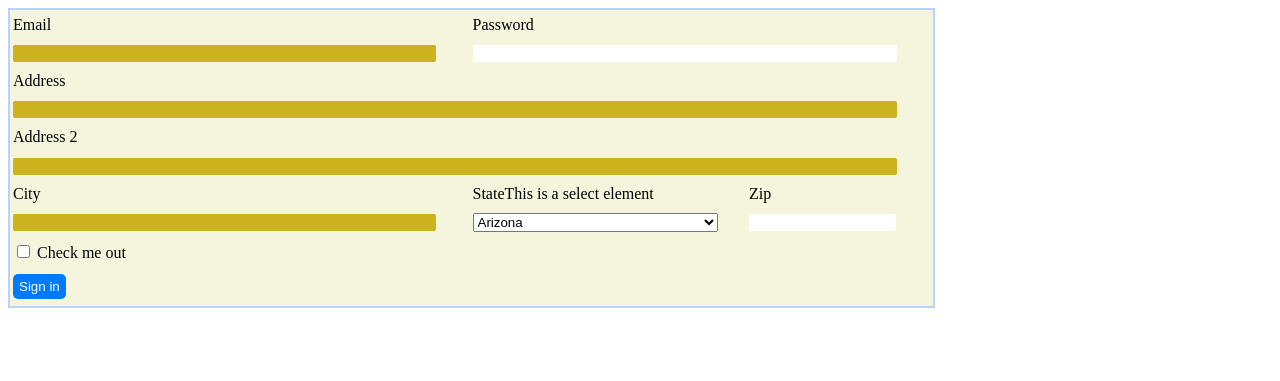
Repository: LongNguyen2504/T3H-FrondEnd
Page: Lesson2_CSS_HomeWork1.html
The author's editor kept a copy of each file at every save. The page is drawn from the files as they stood at one save, then again after the next save.
The browser window is 1280 px wide. The pictures show the whole page.

Above is the page before, as saved 2021-11-29 20:38:17.

### Lesson2_CSS_HomeWork1.html
<!DOCTYPE html>
<html lang="en">
<head>
    <meta charset="UTF-8">
    <meta http-equiv="X-UA-Compatible" content="IE=edge">
    <meta name="viewport" content="width=device-width, initial-scale=1.0">
    <title>Document</title>
    <link rel="stylesheet" href="Lesson2_CSS_HomeWork1.css">
</head>
<body>
    <form>
       <div>
        <table>
            <tr>
                <td colspan="1" ><label for="email">Email</label> </td>
                <td colspan="2" ><label for="password">Password</label></td>
            </tr>
            <tr>
                <td colspan="1" class="td-email"><input type="text" name="email" id="input-email"></td>
                <td colspan="2" class="td-password"><input type="password" name="password" id="input-password"></td>
            </tr>
            <tr>
                <td colspan="3">
                    <label for="address1">Address</label>
                </td>
            </tr>
            <tr>
                <td colspan="3">
                    <input type="text" name="address1" id="address1" class="address1">
                </td>
            </tr>
            <tr>
                <td colspan="3">
                    <label for="address2">Address 2</label>
                </td>
            </tr>
            <tr>
                <td colspan="3">
                    <input type="text" name="address2" id="address2" class="address2">
                </td>
            </tr>
            <tr>
                <td>
                    <label for="city">City</label>
                </td>
                <td>
                    <label id="label-state" for="state">State</label>
                </td>
                <td>
                    <label for="zipcode">Zip</label>
                </td>
            </tr>
            <tr>
                <td class="td-city">
                    <input type="text" name="city" id="input-city">
                </td>
                <td class="td-state">
                    <select name="state" id="input-state">
                        <option value="Arizona" selected>Arizona</option>
                        <option value="California">California</option>
                    </select>
                </td>
                <td class="td-zip">
                    <input type="number" name="zip" id="input-zip" maxlength="6">
                </td>
            </tr>
            <tr>
                <td>
                    <input type="checkbox" name="check" id="check">
                    <label id="label-check" for="check">Check me out</label>
                </td>
            </tr>
            <tr>
                <td>
                    <input type="submit" value="Sign in" id="submit-button">
                </td>
            </tr>
        </table>
       </div>
    </form>
</body>
</html>

### Lesson2_CSS_HomeWork1.css
input{
    border-radius: 2px;
    border:none;
}
#submit{
    background-color: #a7d2fc;
}
table{
    /* width: 450px;
    height: 300px;  */
    /* width: 75%; */
    background-color: #f5f5dd;
    border: 2px solid #b9d2fb;
    height: 300px;
}
div{
    /* padding: 30px;
    background-color: wheat;
    width: 50%; */
}
/* form{
    width: 100%;
    height: 350px;
} */
.address1,.address2{
    width: 96%;
}
.td-city{
    width: 50%;
}
.td-state{
    width: 30%;
}
.td-zip{
    width: 20%;
}
.td-city #input-city{
    width: 92%;
}
.td-state #input-state{
    width: 90%;
}
.td-zip #input-zip{
    width: 79%;
}
.td-email #input-email{
    width: 92%;
}
.td-password #input-password{
    width: 92%;
}
#submit-button{
    color: white;
    border-radius: 5px;
    height: 25px;
    background-color: #0079fa;
}
input[type="text"]{
    background-color: rgb(204, 178, 28);
}
#label-state::after{
    content: "This is a select element";
}
div p{
    display: block;
    background-color: #a7d2fc;
}

After the next save:
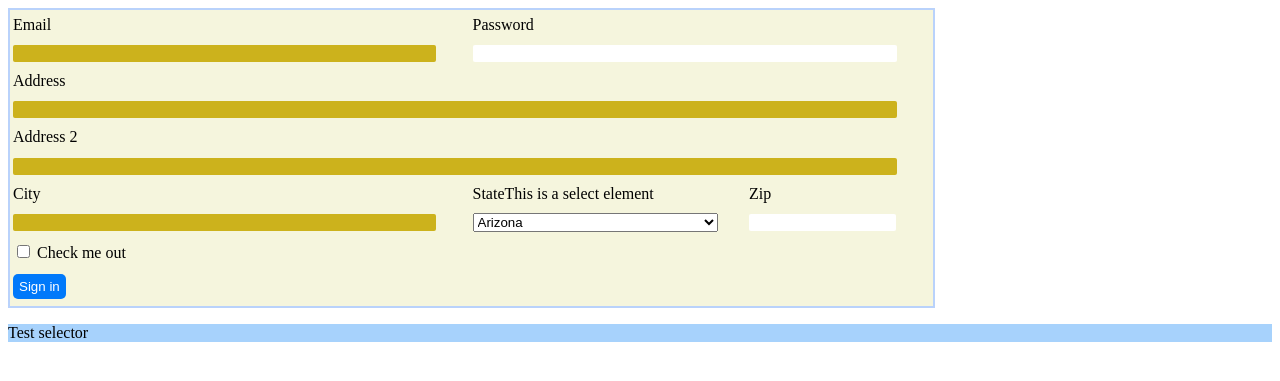
Saved 19 s later.
--- a/Lesson2_CSS_HomeWork1.html
+++ b/Lesson2_CSS_HomeWork1.html
@@ -78,5 +78,10 @@
         </table>
        </div>
     </form>
+    <div>
+
+       <p>Test selector</p>
+
+    </div>
 </body>
 </html>
